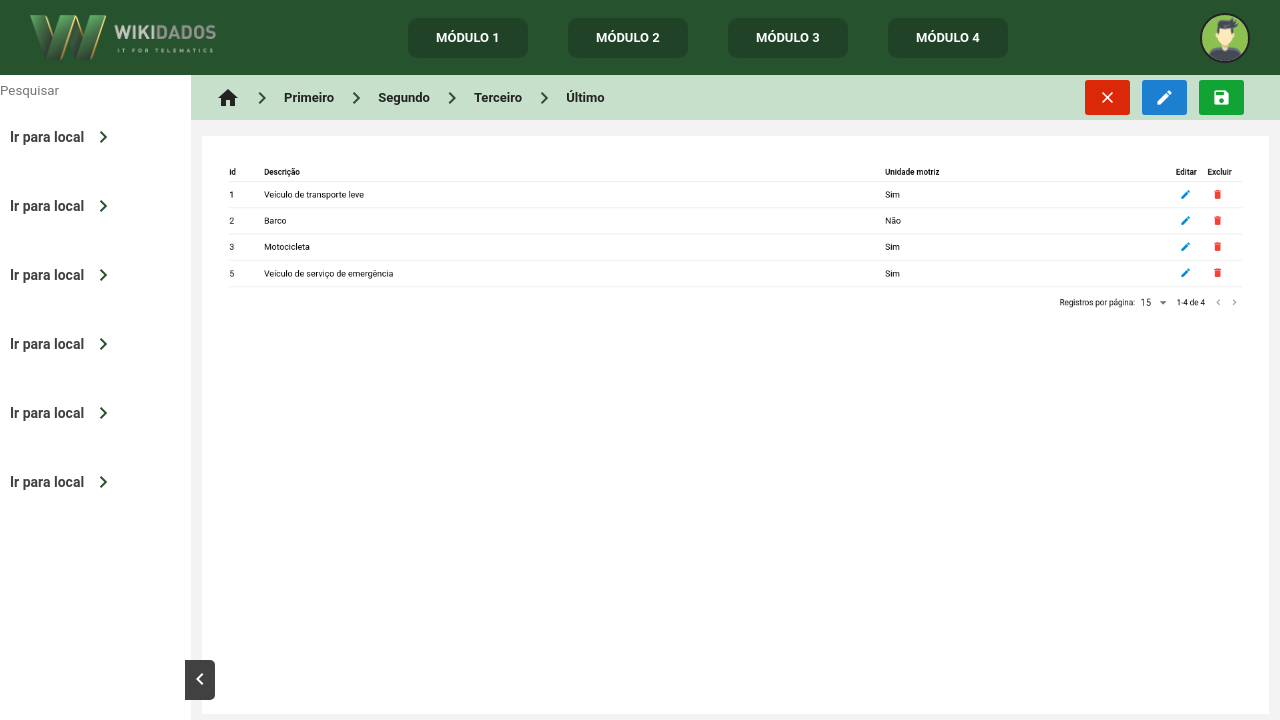
Repository: AlexDjon/alexdjon.github.io
Page: wiki-relayout/index.html
An editor plug-in stored every save of this project. The page is shown before and after the next save, followed by the edit.
The browser window is 1280 px wide. The pictures show the whole page.
Some web fonts or font styles are not loaded; a fallback is used.

Above is the page before, as saved 2020-08-12 17:21:37.

After the next save:
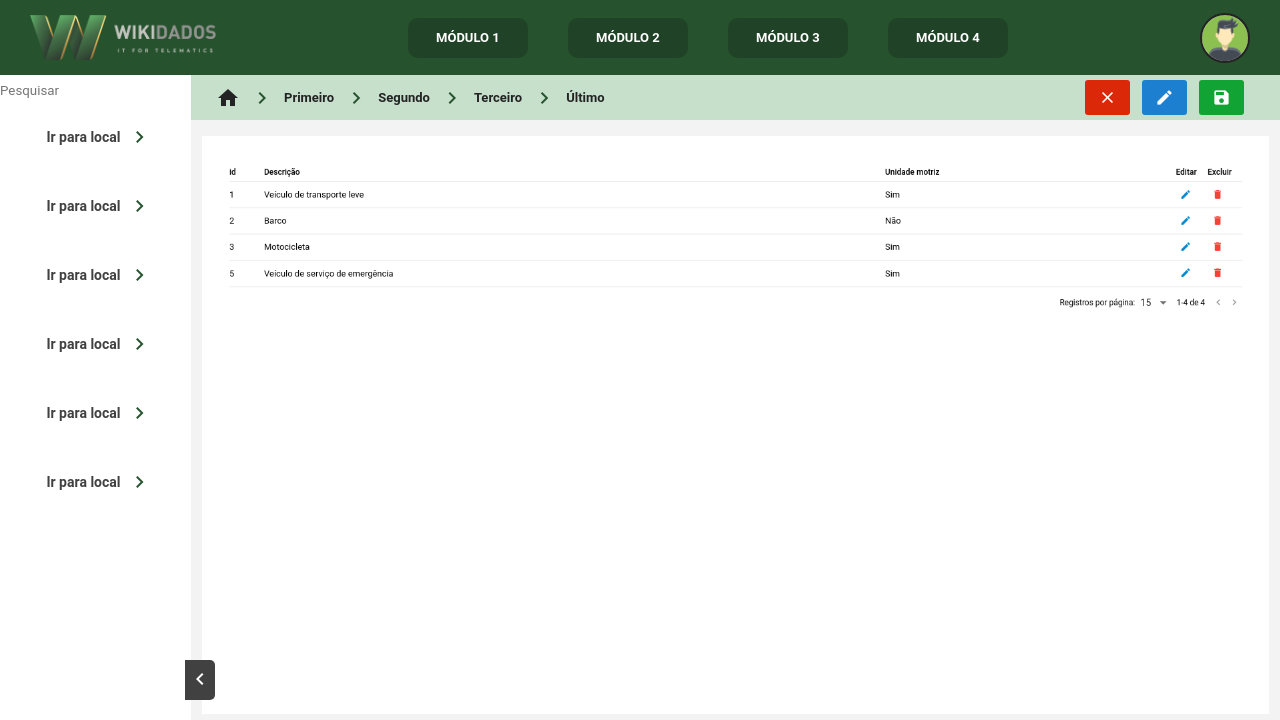
Saved 33 s later.
--- a/wiki-relayout/css/styles.css
+++ b/wiki-relayout/css/styles.css
@@ -125,8 +125,8 @@ body {
   padding: 0 0 50px 0;
   display: flex;
   flex-direction: column;
-  justify-content: center;
-  align-items: flex-start;
+  justify-content: flex-start;
+  align-items: center;
   list-style: none;
 }
 .navbar .menu li {
